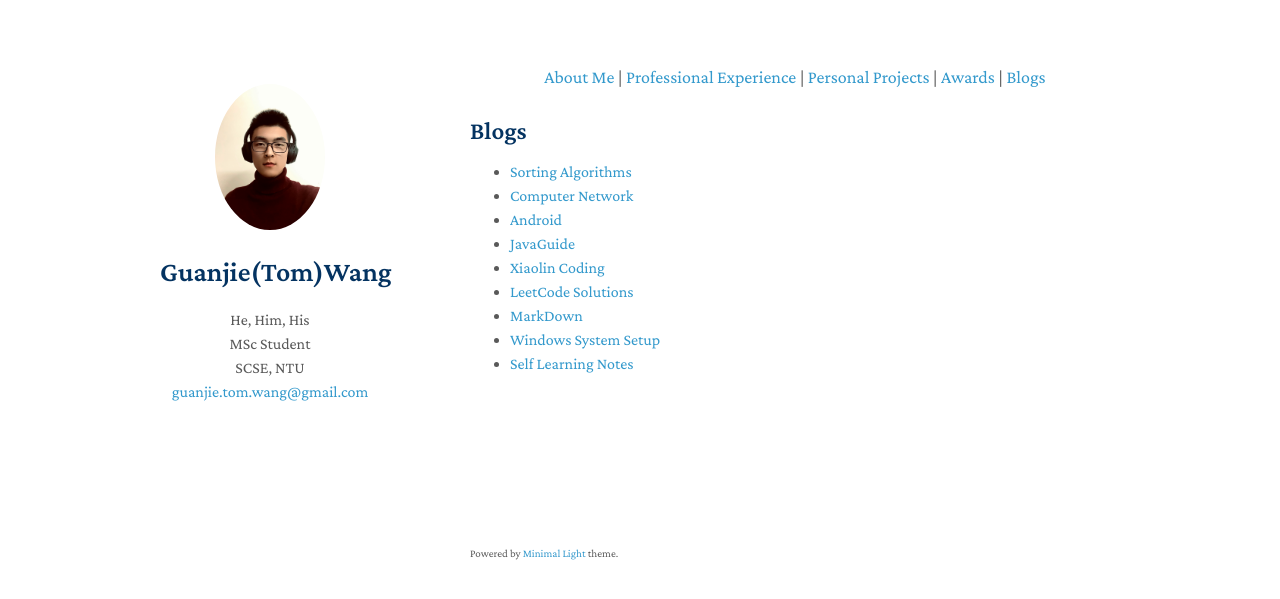
Repository: guanjie01/aboutme
Page: html/blogs.html
An editor plug-in stored every save of this project. The page is shown before and after the next save, followed by the edit.
The browser window is 1280 px wide. The pictures show the whole page.

Above is the page before, as saved 2023-07-30 22:45:25.

### html/blogs.html
<!DOCTYPE html>
<html lang="en" class="">
  <head>
    <meta http-equiv="Content-Type" content="text/html; charset=UTF-8" />
    <title>Guanjie Wang</title>
    <link rel="shortcut icon" href="../assert/Icon.ico" />
    <meta http-equiv="X-UA-Compatible" content="IE=edge" />
    <meta name="viewport" content="width=device-width, initial-scale=1" />
    <meta
      name="description"
      content="The Minimal Light is a simple and elegant jekyll theme for academic personal homepage."
    />

    <meta name="keywords" content="minimal academic" />

    <link rel="stylesheet" href="../css/academicons.min.css" />

    <link rel="stylesheet" href="../css/all.min.css" />

    <link rel="stylesheet" href="../css/style.css" />
    <link
      type="text/css"
      rel="stylesheet"
      charset="UTF-8"
      href="../css/translateelement.css"
    />
  </head>
  <script src="../js/blogs.js"></script>
  <body data-new-gr-c-s-check-loaded="14.1087.0" data-gr-ext-installed="">
    <div id="app">
      <div class="spinner">
        <div class="rect1"></div>
        <div class="rect2"></div>
        <div class="rect3"></div>
        <div class="rect4"></div>
        <div class="rect5"></div>
      </div>
      <p style="text-align: center; font-size: 28px">Loading, please wait...</p>
    </div>
    <div class="wrapper">
      <header id="hd">
        <a class="image avatar"
          ><img
            src="../assert/Photo.jpg"
            alt="avatar"
            oncontextmenu="return false"
        /></a>

        <h1>Guanjie(Tom)Wang</h1>
        He, Him, His
        <br />
        MSc Student
        <br />

        SCSE, NTU

        <br />
        <a href="mailto: guanjie.tom.wang@gmail.com"
          >guanjie.tom.wang@gmail.com</a
        >
      </header>
      <section id="main">
        <nav id="nav">
          <a href="https://o-guanjiewang-o.github.io/guanjiewang.com/index.html">About Me</a> |
          <a href="https://o-guanjiewang-o.github.io/guanjiewang.com/html/professional.html">Professional Experience</a> |
          <a href="https://o-guanjiewang-o.github.io/guanjiewang.com/html/project.html">Personal Projects</a> |
          <a href="https://o-guanjiewang-o.github.io/guanjiewang.com/html/awards.html">Awards</a> |
          <a href="https://o-guanjiewang-o.github.io/guanjiewang.com/html/blogs.html">Blogs</a>
        </nav>
        <br />

        <div id="Blogs">
          <h2>Blogs</h2>
          <ul>
            <li>
              <a href = "https://opposite-wallet-8b6.notion.site/3be77e54da564383a04424fb73619f81" target="_blank"> Sorting Algorithms<a>
            </li>
            <li>
              <a href="https://opposite-wallet-8b6.notion.site/205d91206d394849b79387b1def1dc47" target="_blank"> Computer Network</a>
            </li>
            <li>
              <a href="https://opposite-wallet-8b6.notion.site/Android-4a3d0c25bbf24604aa3929112ff8dc69" target="_blank"> Android</a>
            </li>
            <li>
              <a href="https://javaguide.cn/" target="_blank"> JavaGuide</a>
            </li>
            <li>
              <a href="https://xiaolincoding.com/" target="_blank"> Xiaolin Coding</a>
            </li>
            <li>
              <a href="https://leetcode.cn/profile/articles/" target="_blank"> LeetCode Solutions</a>
            </li>
            <li>
              <a href="https://opposite-wallet-8b6.notion.site/Markdown-81539dc5cdfb44acbe7b08aa761c4a75" target="_blank"> MarkDown</a>
            </li>
            <li>
              <a href="https://opposite-wallet-8b6.notion.site/Window-Setup-4b3ba6f4866a47788127125c8cd06260" target="_blank"> Windows System Setup</a>
            </li>
            <li>
              <a href="https://opposite-wallet-8b6.notion.site/d82ddb37948a4c56bd9aa473ea8ec36c?pvs=4" target="_blank"> Self Learning Notes</a>
            </li>
          </ul>
        </div>
        <div id="reference">
          <br /><br /><br /><br /><br /><br />

          <p>
            <small
              >Powered by
              <a
                href="https://github.com/yaoyao-liu/minimal-light"
                target="_blank"
                rel="noopener"
                >Minimal Light</a
              >
              theme.</small
            >
          </p>
        </div>
      </section>
    </div>
  </body>
</html>

### css/style.css
@import url("https://fonts.googleapis.com/css2?family=Crimson+Pro:ital,wght@0,400;0,500;0,600;1,600&display=swap");
@import url("https://fonts.googleapis.com/css2?family=Ubuntu+Mono&display=swap");
body {
  background-color: #fff;
  padding: 0px;
  font: 16px/1.5 Crimson Pro, serif;
  color: #595959;
  font-weight: 400;
  margin: 0;
}
@keyframes fadeInAnimation {
  0% {
    opacity: 0; /*设置不透明度*/
  }
  100% {
    opacity: 1;
  }
}
.social-icons a {
  display: inline-block;
  height: 3rem;
  width: 3rem;
  background-color: #495057;
  color: #fff !important;
  border-radius: 100%;
  text-align: center;
  font-size: 1.5rem;
  line-height: 3.1rem;
  margin-right: 1rem;
}
.social-icons a:last-child {
  margin-right: 0;
}
.social-icons a:hover {
  background-color: #000000;
}
autocolor {
  color: #494949;
}
lightonly {
  visibility: visible;
}
darkonly {
  visibility: hidden;
}
education {
  font-weight: 500;
  font-size: 115%;
}
papertitle {
  font-weight: 600;
  font-size: 100%;
}
@media (prefers-color-scheme: dark) {
  body {
    background-color: #20212b;
    color: #dadbdf;
  }
  autocolor {
    color: #dadbdf;
  }
  lightonly {
    visibility: hidden;
  }
  darkonly {
    visibility: visible;
  }
  papertitle {
    color: #eeeff0;
  }
}
.image {
  border-radius: 0.35em;
  border: 0;
  display: inline-block;
  position: relative;
}
.image:before {
  -moz-transition: opacity 0.2s ease-in-out;
  -webkit-transition: opacity 0.2s ease-in-out;
  -ms-transition: opacity 0.2s ease-in-out;
  transition: opacity 0.2s ease-in-out;
  border-radius: 0.35em;
  content: "";
  display: block;
  height: 100%;
  left: 0;
  opacity: 0.5;
  position: absolute;
  top: 0;
  width: 100%;
}
.image.avatar {
  border-radius: 100%;
}
.image.avatar:before {
  display: none;
}
.image.avatar img {
  border-radius: 100%;
  width: 50%;
  padding: 20px;
}
#header .image.avatar {
  margin: 0 0 1em 0;
  width: 8em;
}
h1,
h3,
h4,
h5,
h6 {
  font-weight: 600;
  color: #043361;
  margin: 0 0 20px;
}
h2 {
  color: #043361;
  margin: 2px 0px 15px;
  font-size: 157%;
}
@media (prefers-color-scheme: dark) {
  h1,
  h3,
  h4,
  h5,
  h6 {
    color: #3eb7f0;
  }
  h2 {
    color: #3eb7f0;
  }
}
p,
ul,
ol,
table,
pre,
dl {
  margin: 0 0 20px;
}
h1,
h2,
h3 {
  line-height: 1.1;
}
h1 {
  font-size: 28px;
}
a {
  color: #39c;
  text-decoration: none;
}
a:hover {
  color: #069;
}
@media (prefers-color-scheme: dark) {
  a {
    color: #3eb7f0;
  }
}
a small {
  font-size: 11px;
  color: #777;
  margin-top: -0.3em;
  display: block;
}
a:hover small {
  color: #777;
}
.wrapper {
  width: 960px;
  margin: 0 auto;
}
blockquote {
  border-left: 1px solid #e5e5e5;
  margin: 0;
  padding: 0 0 0 20px;
  font-style: italic;
}
code,
pre {
  font-family: Monaco, Bitstream Vera Sans Mono, Lucida Console, Terminal,
    Consolas, Liberation Mono, DejaVu Sans Mono, Courier New, monospace;
  color: #333;
}
pre {
  max-width: 500px;
  padding: 8px 15px;
  background: #f8f8f8;
  border-radius: 5px;
  border: 1px solid #e5e5e5;
  overflow-x: auto;
}
table {
  width: 100%;
  border-collapse: collapse;
}
th,
td {
  text-align: left;
  padding: 5px 10px;
  border-bottom: 1px solid #e5e5e5;
}
dt {
  color: #444;
  font-weight: 500;
}
th {
  color: #444;
}
@media (prefers-color-scheme: dark) {
  th {
    color: #3eb7f0;
  }
  dt {
    color: #3eb7f0;
  }
}
img {
  max-width: 100%;
}
header {
  width: 220px;
  float: left;
  position: fixed;
  -webkit-font-smoothing: subpixel-antialiased;
  padding-top: 4em;
  text-align: center;
  animation: 1s fadeInAnimation;
  animation-iteration-count: 1;
  animation-fill-mode: forwards;
}
nav {
  text-align: center;
  font-size: large;
  animation: 1s fadeInAnimation;
  animation-iteration-count: 1;
  animation-fill-mode: forwards;
}
#about-me {
  animation: 1s fadeInAnimation;
  animation-iteration-count: 1;
  animation-fill-mode: forwards;
}
#work-experience {
  animation: 1s fadeInAnimation;
  animation-iteration-count: 1;
  animation-fill-mode: forwards;
}

#project {
  animation: 1s fadeInAnimation;
  animation-iteration-count: 1;
  animation-fill-mode: forwards;
}
#Awards {
  animation: 1s fadeInAnimation;
  animation-iteration-count: 1;
  animation-fill-mode: forwards;
}
#reference {
  animation: 1s fadeInAnimation;
  animation-iteration-count: 1;
  animation-fill-mode: forwards;
}
header ul {
  list-style: none;
  height: 40px;
  padding: 0;
  background: #f4f4f4;
  border-radius: 5px;
  border: 1px solid #e0e0e0;
  width: 270px;
}
header li {
  width: 89px;
  float: left;
  border-right: 1px solid #e0e0e0;
  height: 40px;
}
header li:first-child a {
  border-radius: 5px 0 0 5px;
}
header li:last-child a {
  border-radius: 0 5px 5px 0;
}
header ul a {
  line-height: 1;
  font-size: 11px;
  color: #999;
  display: block;
  text-align: center;
  padding-top: 6px;
  height: 34px;
}
header ul a:hover {
  color: #999;
}
header ul a:active {
  background-color: #f0f0f0;
}
strong {
  color: #222;
  font-weight: 500;
}
@media (prefers-color-scheme: dark) {
  strong {
    color: #eeeff0;
  }
}
header ul li + li + li {
  border-right: none;
  width: 89px;
}
header ul a strong {
  font-size: 14px;
  display: block;
  color: #222;
}
section {
  width: 650px;
  float: right;
  padding-top: 4em;
  padding-bottom: 50px;
}
small {
  font-size: 11px;
}
hr {
  border: 0;
  background: #e5e5e5;
  height: 1px;
  margin: 0 0 20px;
}
footer {
  width: 220px;
  float: left;
  position: fixed;
  bottom: 30px;
  -webkit-font-smoothing: subpixel-antialiased;
  text-align: center;
}
@media print, screen and (max-width: 960px) {
  div.wrapper {
    width: auto;
    margin: 0;
  }
  header,
  section,
  footer {
    float: none;
    position: static;
    width: auto;
  }
  header {
    padding-right: 320px;
  }
  section {
    border: 1px solid #e5e5e5;
    border-width: 1px 0;
    padding: 20px 0;
    margin: 0 0 20px;
  }
  header a small {
    display: inline;
  }
  header ul {
    position: absolute;
    right: 50px;
    top: 52px;
  }
  .image.avatar img {
    border-radius: 100%;
    width: 117px;
    padding: 20px;
  }
  #head1o2 {
    visibility: hidden;
  }
  #head2o2 {
    visibility: hidden;
  }
}
@media print, screen and (max-width: 960px) {
  body {
    word-wrap: break-word;
    padding: 15px;
  }
  header {
    padding: 0;
  }
  pre,
  code {
    word-wrap: normal;
  }
}
@media print, screen and (max-width: 480px) {
  body {
    padding: 15px;
  }
  header ul {
    width: 99%;
  }
  header li,
  header ul li + li + li {
    width: 33%;
  }
  .image.avatar img {
    border-radius: 100%;
    width: 95px;
    padding: 20px;
  }
  #head1o2 {
    visibility: hidden;
  }
  #head2o2 {
    visibility: hidden;
  }
}
@media print {
  body {
    padding: 0.4in;
    font-size: 12pt;
    color: #444;
  }
}
.biblink {
  text-decoration: none;
  display: inline;
  margin-right: 0px;
}
.fakelink {
  text-decoration: none;
  cursor: pointer;
}
.bibref {
  font-size: 70%;
  margin-top: 10px;
  margin-left: 0px;
  display: none;
  font-family: monospace;
}

.spinner {
  margin: 50px auto;
  width: 300px;
  height: 300px;
  text-align: center;
  font-size: 10px;
}

.spinner > div {
  background-color: #043361;
  height: 100%;
  width: 20px;
  display: inline-block;
  -webkit-animation: stretchDelay 1.2s infinite ease-in-out;
  animation: stretchDelay 1.2s infinite ease-in-out;
}

.spinner .rect2 {
  margin-left: 30px;
  -webkit-animation-delay: -1.1s;
  animation-delay: -1.1s;
}

.spinner .rect3 {
  margin-left: 30px;
  -webkit-animation-delay: -1s;
  animation-delay: -1s;
}

.spinner .rect4 {
  margin-left: 30px;
  -webkit-animation-delay: -0.9s;
  animation-delay: -0.9s;
}

.spinner .rect5 {
  margin-left: 30px;
  -webkit-animation-delay: -0.8s;
  animation-delay: -0.8s;
}

@-webkit-keyframes stretchDelay {
  0%,
  40%,
  100% {
    -webkit-transform: scaleY(0.4);
  }
  20% {
    -webkit-transform: scaleY(1);
  }
}

@keyframes stretchDelay {
  0%,
  40%,
  100% {
    transform: scaleY(0.4);
    -webkit-transform: scaleY(0.4);
  }
  20% {
    transform: scaleY(1);
    -webkit-transform: scaleY(1);
  }
}

Loaded but not shown: css/academicons.min.css (library); css/all.min.css (library); js/blogs.js (22 lines, source omitted); css/translateelement.css (924 lines, source omitted)

After the next save:
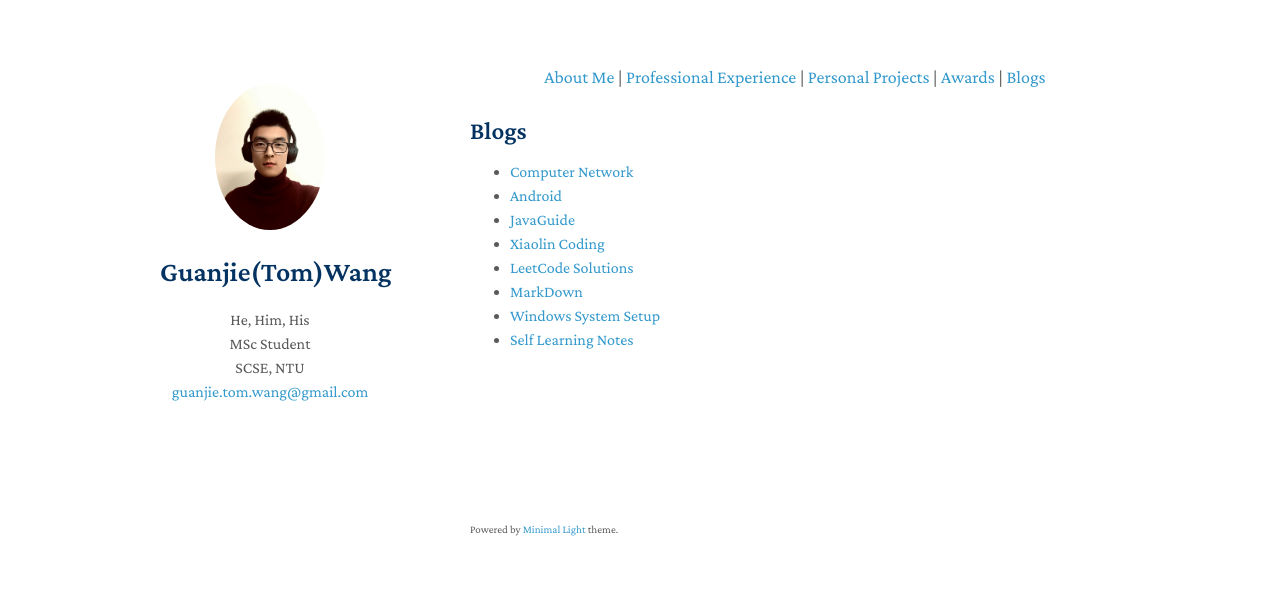
Saved 27 s later.
--- a/html/blogs.html
+++ b/html/blogs.html
@@ -73,9 +73,6 @@
           <h2>Blogs</h2>
           <ul>
             <li>
-              <a href = "https://opposite-wallet-8b6.notion.site/3be77e54da564383a04424fb73619f81" target="_blank"> Sorting Algorithms<a>
-            </li>
-            <li>
               <a href="https://opposite-wallet-8b6.notion.site/205d91206d394849b79387b1def1dc47" target="_blank"> Computer Network</a>
             </li>
             <li>
